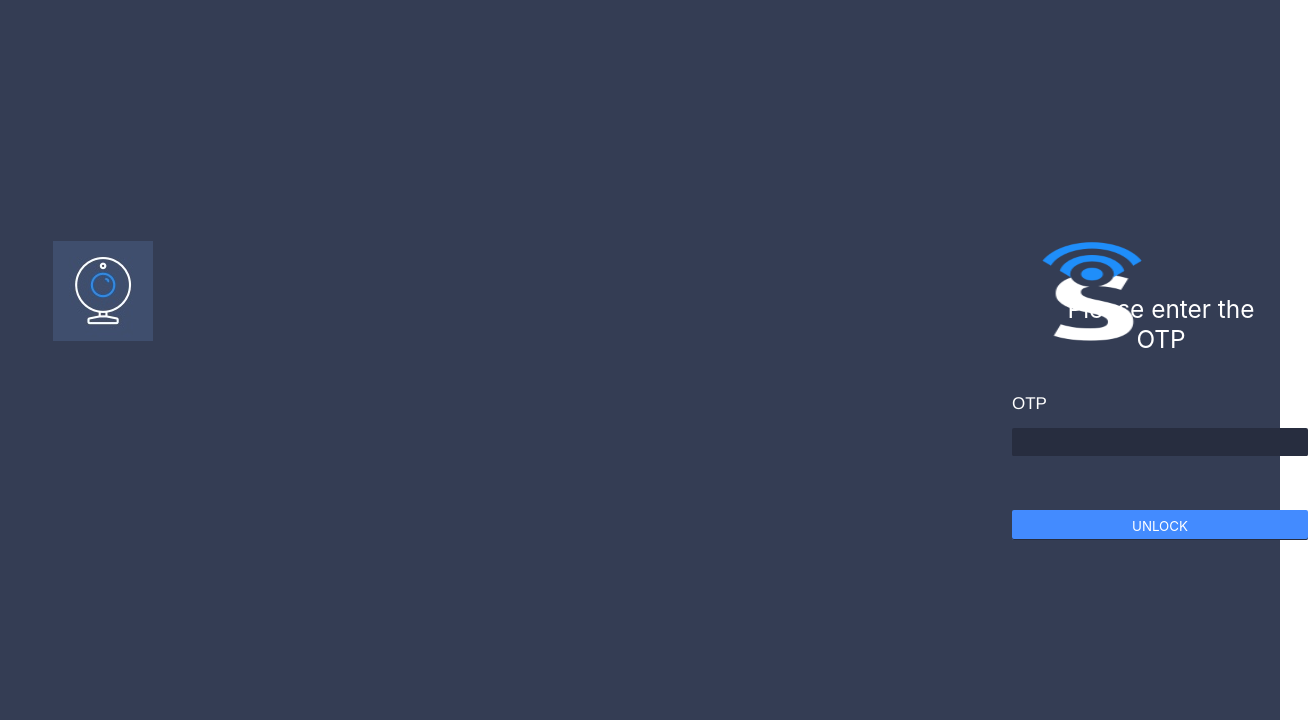
Repository: aba450/smart-door
Page: / (app in S3/smart-door-visitor/)
An editor plug-in stored every save of this project. The page is shown before and after the next save, followed by the edit.
The browser window is 1280 px wide. The page is 1308 px wide, so the pictures cover 1308 px, including what lies to the right of the window. The pictures show the whole page.
The project was rebuilt for these pictures with package versions that can differ from the ones it lists, and the page was loaded fresh each time.

Above is the page before, as saved 2020-03-17 20:40:39.

### S3/smart-door-visitor/src/App.js
import React from 'react';
import './App.css';
import Camera_ON from './Camera_ON.jpg'
import SLogo from './SLogo.png'

function App() {



  return (
    <div className="App">
      <img src={Camera_ON} className="Camera-logo"/>
      <img src={SLogo} className="S-logo"/>
      <label className="text-label">Please enter the OTP</label>
       <label className="otp-label">OTP</label>
        <input type="text" className="otp-input"></input>
        <button className="unlock-button">UNLOCK</button>
    </div>
  );
}

export default App;

### S3/smart-door-visitor/src/App.css
.App {
  text-align: center;
  background-color: #343d54;
  min-height: 100vh;
  display: flex;
  flex-direction: column;
  font-size: calc(10px + 2vmin);
  color: white;
}

.Camera-logo {
  position: absolute;
  height: 100px;
  width: 100px;
  left: 53px;
  top: 241px;
}

.S-logo {
  position: absolute;
  height: 100px;
  width: 100px;
  left: 1042px;
  top: 241px;
}

.text-label {
  position: absolute;
  left:1042px;
  top:294px;
}

.otp-label {
  position: absolute;
  font-family:Helvetica;
  font-size:17px;
  color:#ffffff;
  letter-spacing:0;
  text-align:left;
  left:1012px;
  top:394px;
}

.otp-input {
  color:#1f8efa;
  background-color: #272d3f;
  letter-spacing:0;
  text-align:left;
  position: absolute;
  left:1012px;
  top:428px;
}

.unlock-button {
  position: absolute;
  background-color: #438bff;
  left:1012px;
  top:510px;
}

input {
    -webkit-appearance: none;
    appearance: none;
    margin: auto;
    max-width: 280px;
    border-radius: 2px;
    border: 0;
    overflow: hidden;
    width: 100%;
    font-family:-apple-system, BlinkMacSystemFont, 'Segoe UI', Roboto, Oxygen, Ubuntu, Cantarell, 'Open Sans', 'Helvetica Neue', sans-serif;
    padding: 8px 8px 8px 8px;
    height: 12px;
    font-size: 16px;
    font-weight: 400;
    box-shadow: inset 0 -1px 0  #272d3f;
    transition: all .15s ease;
}

button {
  height: 30px;
  max-width: 296px;
  margin: auto;
  width: 100%;
  color: white;
  font-family:-apple-system, BlinkMacSystemFont, 'Segoe UI', Roboto, Oxygen, Ubuntu, Cantarell, 'Open Sans', 'Helvetica Neue', sans-serif;
  border-radius: 2px;
  border: 0;
  padding: 8px 8px 8px 8px;
  box-shadow: inset 0 -1px 0  #272d3f;
    transition: all .15s ease;
}

Loaded but not shown: S3/smart-door-visitor/public/index.html (common file); S3/smart-door-visitor/src/index.js (common file); S3/smart-door-visitor/src/index.css (common file); S3/smart-door-visitor/src/serviceWorker.js (common file)

After the next save:
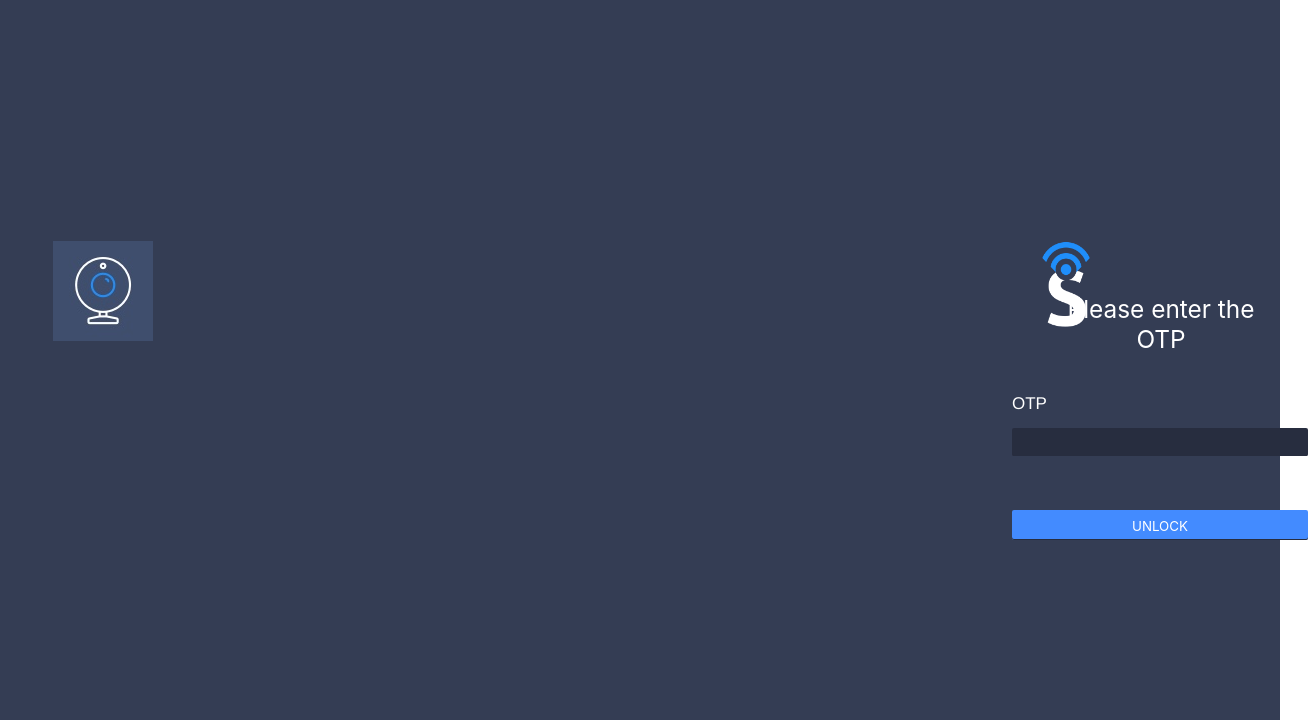
Saved 23 s later.
--- a/S3/smart-door-visitor/src/App.css
+++ b/S3/smart-door-visitor/src/App.css
@@ -18,8 +18,8 @@
 
 .S-logo {
   position: absolute;
-  height: 100px;
-  width: 100px;
+  height: 86px;
+  width: 48px;
   left: 1042px;
   top: 241px;
 }
